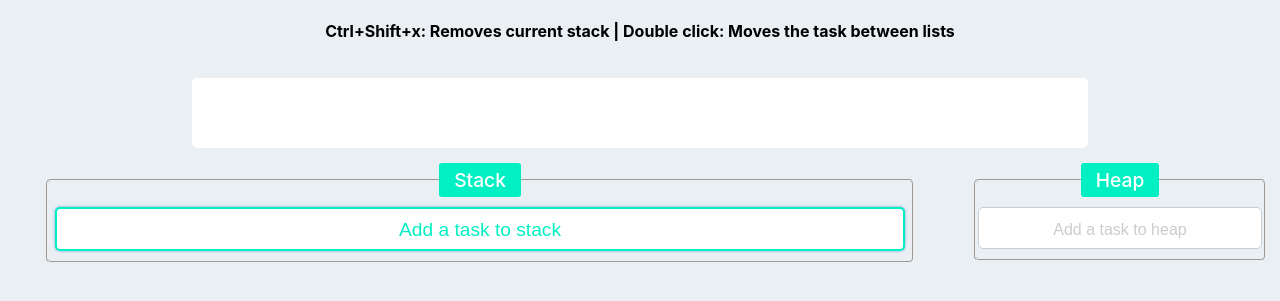
Repository: litalsh/meeting_v1
Page: /
The author's editor kept a copy of each file at every save. The page is drawn from the files as they stood at one save, then again after the next save.
The browser window is 1280 px wide. The pictures show the whole page.
The project was rebuilt for these pictures with package versions that can differ from the ones it lists, and the page was loaded fresh each time. Also part of the build but not shown: src/Task.js.

Above is the page before, as saved 2020-12-09 09:21:47.

### public/index.html
<!DOCTYPE html>
<html lang="en">
  <head>
    <meta charset="utf-8" />
    <meta name="viewport" content="width=device-width, initial-scale=1" />
    <meta name="theme-color" content="#000000" />
    <meta
      name="description"
      content="Web site created using create-react-app"
    />
    <link rel="apple-touch-icon" href="%PUBLIC_URL%/logo192.png" />
    <!--
      manifest.json provides metadata used when your web app is installed on a
      user's mobile device or desktop. See https://developers.google.com/web/fundamentals/web-app-manifest/
    -->
    <link rel="manifest" href="%PUBLIC_URL%/manifest.json" />
    <!--
      Notice the use of %PUBLIC_URL% in the tags above.
      It will be replaced with the URL of the `public` folder during the build.
      Only files inside the `public` folder can be referenced from the HTML.

      Unlike "/favicon.ico" or "favicon.ico", "%PUBLIC_URL%/favicon.ico" will
      work correctly both with client-side routing and a non-root public URL.
      Learn how to configure a non-root public URL by running `npm run build`.
    -->
    <title>Meeting Managment App</title>
  </head>
  <body>
    <noscript>You need to enable JavaScript to run this app.</noscript>
    <div id="root"></div>
    <!--
      This HTML file is a template.
      If you open it directly in the browser, you will see an empty page.

      You can add webfonts, meta tags, or analytics to this file.
      The build step will place the bundled scripts into the <body> tag.

      To begin the development, run `npm start` or `yarn start`.
      To create a production bundle, use `npm run build` or `yarn build`.
    -->
  </body>
</html>

### src/App.js
import React, { useState, useEffect } from "react";
import "./App.css";
import { v4 as uuidv4 } from "uuid";
import Task from "./Task";

const App = () => {
  const [stack, setStack] = useState([]);
  const [heap, setHeap] = useState([]);

  const newTaskHandler = (event) => {
    if (event.which === 13 && event.target.value !== '') {
      setStack([
        ...stack,
        { id: uuidv4(), type: 'stack', topic: event.target.value, isDone: false }
      ]);
      event.target.value = '';
    };
  };

  const newHeapHandler = (event) => {
    if (event.which === 13 && event.target.value !== '') {
      setHeap([
        ...heap,
        { id: uuidv4(), type: 'heap', topic: event.target.value, isDone: false }
      ]);
      event.target.value = '';
    };
  };

  const taskRemoveHandler = (id, type) => {
    if(type === 'stack'){
    const taskIndex = stack.findIndex(task => {
      return task.id === id;
    });

    let tempList = [...stack];
    tempList.splice(tempList[taskIndex], 1);
    setStack(tempList)
  };
    if(type === 'heap'){
      const taskIndex = heap.findIndex(task => {
        return task.id === id;
      });

      let tempList = [...heap];
      tempList.splice(tempList[taskIndex], 1);
      setHeap(tempList)
    };
    return console.log('taskRmoveHandler: ', stack);

  }

  const keyboardRemoveHandler = (e) => {

    if (e.ctrlKey && e.shiftKey && e.which === 88) {
      let tempStack = [...stack];
      tempStack.splice(tempStack.length - 1, 1);
      setStack(tempStack);
    }
  }
  useEffect(() => {
    if (document){
      document.addEventListener('keydown', keyboardRemoveHandler);
    }
    return () => {
      document.removeEventListener('keydown', keyboardRemoveHandler);
    }
  }, [stack]);

  // const keyboardCangeListHandler = (e, id, type) => {

  //   if (e.ctrlKey && e.which === 77) {
  //     changeListHandler(id, type);
  //   }
  // }

  const changeListHandler = (id, type) => {
    // move task from stack to heap
    if (type === 'stack') {
      const taskIndex = stack.findIndex(task => {
        return task.id === id;
      });
      setHeap([...heap, { id: stack[taskIndex].id, type: 'heap', topic: stack[taskIndex].topic, isDone: false }]);

      let tempStack = [...stack];
      tempStack.splice(taskIndex, 1);
      setStack(tempStack);
      console.log('change to heap ', stack, '  ', heap)
    };

    // move task from heap to stack
    if (type === 'heap') {
      const taskIndex = heap.findIndex(task => {
        return task.id === id;
      });
      setStack([...stack, { id: heap[taskIndex].id, type: 'stack', topic: heap[taskIndex].topic, isDone: false }]);

      let tempHeap = [...heap];
      tempHeap.splice(taskIndex, 1);
      setHeap(tempHeap);
      console.log('change to stack ', stack, '  ', heap)
    };
  }

  return (
    <div className="container">
      <h4>Ctrl+Shift+x: Removes current stack  |  Double click: Moves the task between lists</h4>
      <div className="current-task">
        <h1>{stack[0] !== undefined ? stack[stack.length - 1].topic : null}</h1>
      </div>
      <fieldset className="task-list">
      <legend>Stack</legend>
        <ul>
          <>
            {console.log('1', stack)}
            {stack[0] !== undefined ? stack.map((task, id) => (
              <Task title={task.topic}
                key={id}
                remove={() => taskRemoveHandler(task.id, task.type)}
                move={() => changeListHandler(task.id, task.type)}
                 />
            )) : null}
          </>
        </ul>
        <input type="text" placeholder="Add a task to stack" onKeyDown={newTaskHandler} className='stack-input'  autoFocus aria-flowto='heap-input' />
      </fieldset>

      <fieldset className="task-list">
        <legend>Heap</legend>
        <input type="text" placeholder="Add a task to heap" onKeyDown={newHeapHandler} className='heap-input'  aria-flowto='stack-input' />
        <ul>
          <>
            {console.log('2', heap)}
            {heap[0] !== undefined ? heap.map((task, id) => (
              <Task title={task.topic}
                key={id}
                remove={() => taskRemoveHandler(task.id, task.type)}
                move={() => changeListHandler(task.id, task.type)}/>
            )) : null}
          </>
        </ul>
      </fieldset>
    </div>
  );
};

export default App;

### src/App.css
body{
 background-color:  #eaeff4;
}

h4 {
  text-align: center;
  grid-column: 1/3;}

.container {
  display: grid;
  grid-template-columns: 3fr 1fr;
}

.current-task {
  text-align: center;
  height: 70px;
  grid-column: 1/5;
  width: 70%;
  background: #fff;
  margin: 15px auto;
  border-radius: 5px;
  display: flex;
  align-items: center;
  flex-direction: column;
  justify-content: center;
}

.task-list {
  display: flex;
  flex-direction: column;
  align-self: start;
  border-radius: 5px;
  min-height: 4rem;
  padding: 5px 0;
  width: 90%;
  margin: 0 auto;
 }

 legend {
  margin: 0 auto;
  font-size: 1.2rem;
  font-weight: 500;
  background-color: #00f0c4;
  padding: 5px 15px;
  color: #fff;
  border-radius: 3px;
 }

ul {
  list-style-type: none;
  margin: 0;
  padding: 0;
}

li {
  border: 1px solid AliceBlue;
  width: 70%;
  line-height: 40px;
  margin: -1px auto;
  position: relative;
  background-color: #fff;
  cursor: pointer;
}

.task_item {
  width: 98%;
  line-height: 40px;
  margin: 3px auto;
  position: relative;
  text-align: center;
  border-radius: 5px;
}

.stack-input {
  border: 2px solid #00f0c4;
  width: 98%;
  line-height: 40px;
  margin: 5px auto;
  position: relative;
  text-align: center;
  border-radius: 5px;
  font-size: 1.3rem;
  padding: 0;
}

.heap-input {
  border: 1px solid #ccc;
  width: 98%;
  line-height: 40px;
  margin: 5px auto;
  position: relative;
  text-align: center;
  border-radius: 5px;
  font-size: 1.3rem;
  padding: 0;
}

.stack-input::placeholder{
  color: #00f0c4;
  font-size: 1.2rem;
}

.heap-input::placeholder{
  color: #ccc;
  font-size: 1rem;
}

.stack-input:focus {
  outline: none !important;
  border: 2px solid #00f0c4;
  box-shadow: 0 0 3px #719ECE;
}

.remove {
  width: 30px;
  height: 30px;
  position: absolute;
  top: 50%;
  right: 10px;
  transform: translateY(-50%);
  border-radius: 50%;
  border: none;
  font-weight: bold;
  color: gray;
  cursor: pointer;
}

Loaded but not shown: src/index.js (common file); src/index.css (common file); src/reportWebVitals.js (common file)

After the next save:
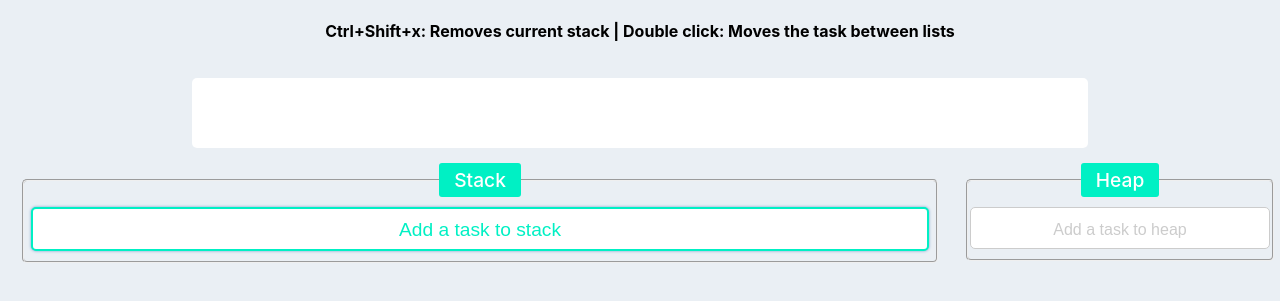
Saved 7 min 47 s later.
--- a/src/App.css
+++ b/src/App.css
@@ -32,7 +32,7 @@ h4 {
   border-radius: 5px;
   min-height: 4rem;
   padding: 5px 0;
-  width: 90%;
+  width: 95%;
   margin: 0 auto;
  }
 
